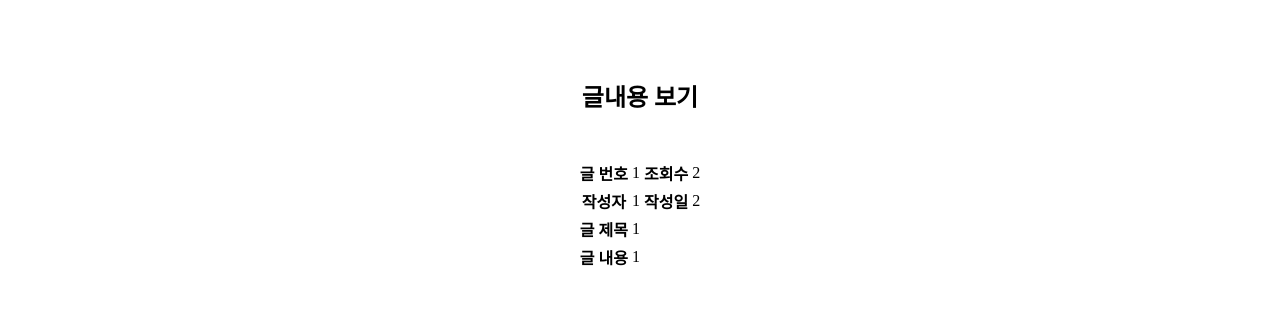
Repository: dlswn666/SpringStudy
Page: http://localhost/boardMVC/WEB-INF/jsp/board/context.jsp
An editor plug-in stored every save of this project. The page is shown before and after the next save, followed by the edit.
The browser window is 1280 px wide. The pictures show the whole page.
The page is served by Tomcat 9. Nobody is signed in. The template is opened directly, without the code that normally fills it, so the values that code supplies are empty.

Above is the page before, as saved 2021-02-28 05:59:53.

After the next save:
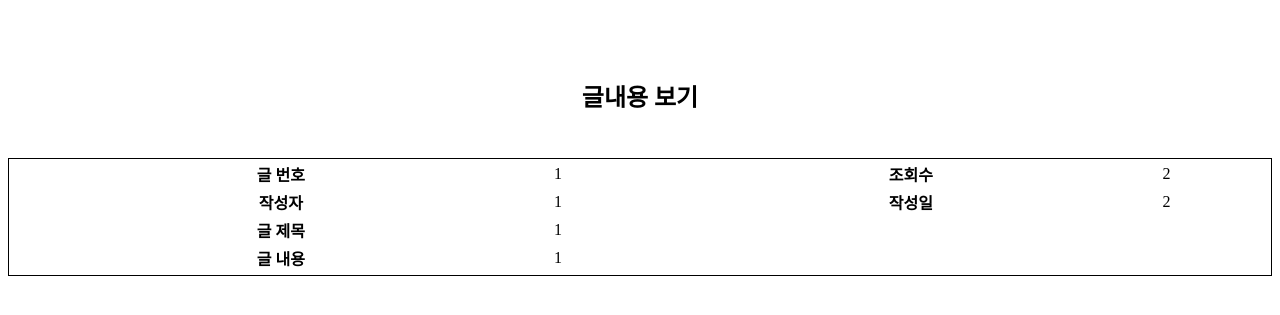
Saved 63 s later.
--- a/boardMVC/WebContent/WEB-INF/jsp/board/context.jsp
+++ b/boardMVC/WebContent/WEB-INF/jsp/board/context.jsp
@@ -10,6 +10,11 @@
 		padding-top : 50px;
 		height: 100px;
 		width : 200px;
+	}
+
+	table {
+		border: 1px solid black;
+		width: 100%;
 	}
 </style>
 
